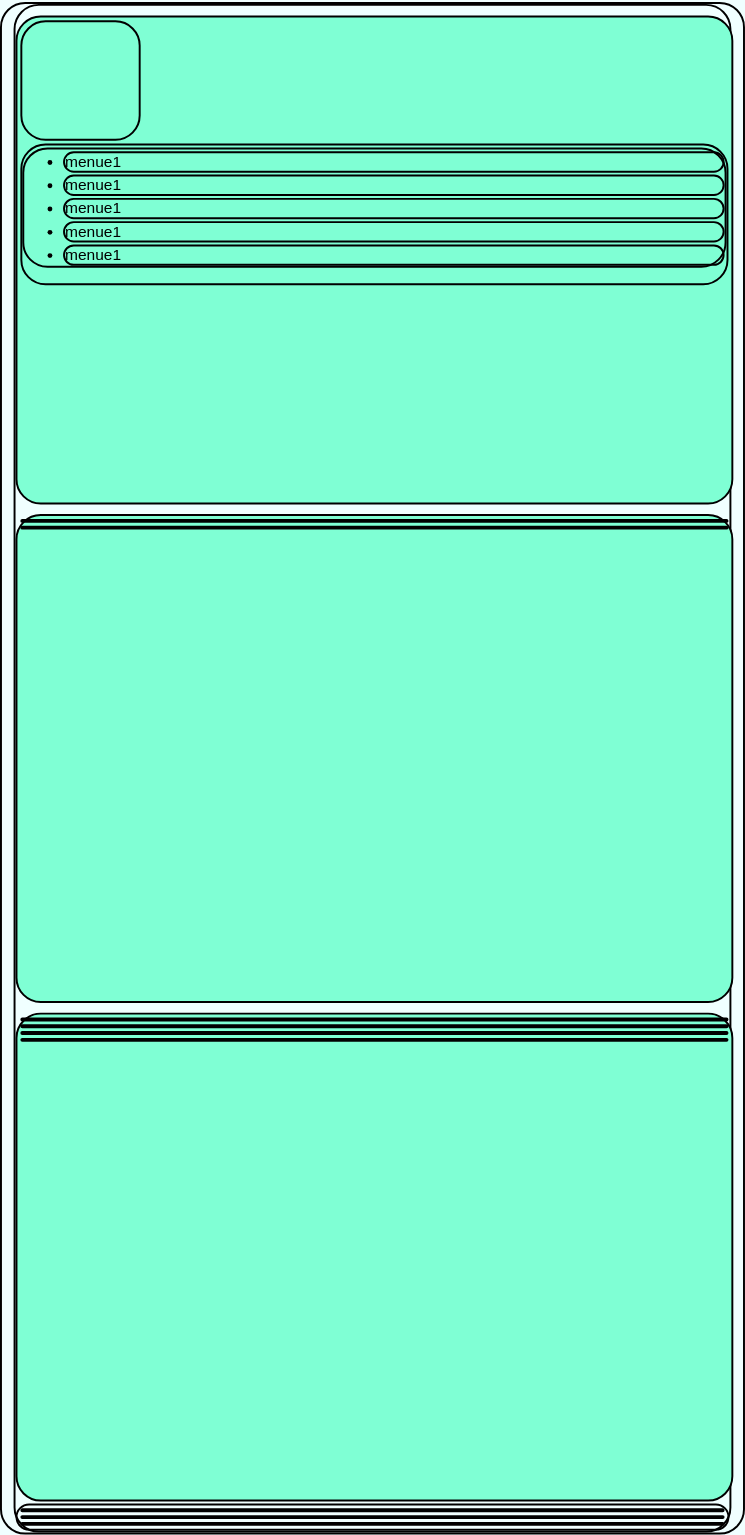
Repository: clairedupuich/cv-claireDUPUICH
Page: cv.html
These files come from the project's save history. The page is drawn as it stood at one moment and after the next save; the edit follows.
The browser window is 768 px wide. The pictures show the whole page, at 97% of full size.

Above is the page before, as saved 2020-10-08 12:36:43.

### cv.html
<!DOCTYPE html>
<html lang="fr" dir="ltr">
  <head>
    <meta charset="utf-8">
    <title>Exercice</title>
    <link rel="stylesheet" href="cv.css">
  </head>
  <body>
    <section class="header">
        <div class="logo">
        </div>
        <div class="nav">
            <ul>
                <li>menue1</li>
                <li>menue1</li>
                <li>menue1</li>
                <li>menue1</li>
                <li>menue1</li>
            </ul>
        </div>
    </section>
      <section class="section 1">
          <div class="article1_1">
          </div>
          <div class="article1_2">
          </div>
      </section>
      <section class="section2">
        <div class="article2_1">
        </div>
        <div class="article2_2">
        </div>
        <div class="article2_3">
        </div>
        <div class="article2_4">
        </div>
      </section>
      <footer>
          <div class='footer1'>
          </div>
        <div class="footer2">
        </div>
        <div class="footer3">
        </div>
    </footer>
  </body>
</html>

### cv.css

@media screen and (max-width: 768px)
{
    * {
        font-family: Avenir, sans-serif;
        border: 2px solid black;
        border-radius: 26px;
        margin-top: 2px;

    }

    body {
        background-color: azure;
        margin: 0 12px;

    }
    section {
        margin-top: 10px;
        padding: 5px auto;
        width: 100%;
        height: 500px;
        background-color: aquamarine;


    }
    div {
        margin: 3px;
    }
    .logo {
        width:120px;
        height: 120px;
        boder
    }

}

After the next save:
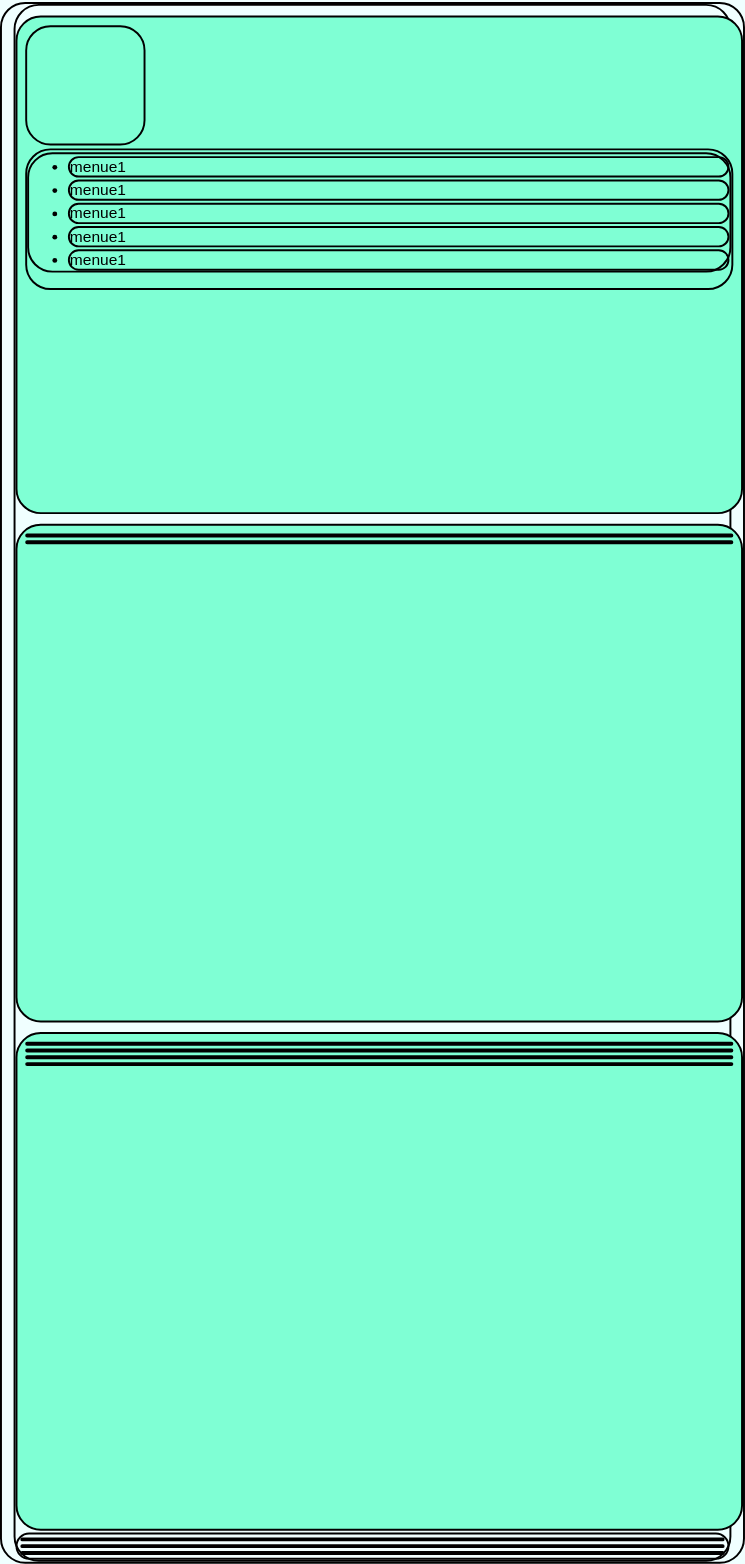
Saved 44 s later.
--- a/cv.css
+++ b/cv.css
@@ -16,7 +16,7 @@
     }
     section {
         margin-top: 10px;
-        padding: 5px auto;
+        padding: 5px;
         width: 100%;
         height: 500px;
         background-color: aquamarine;
